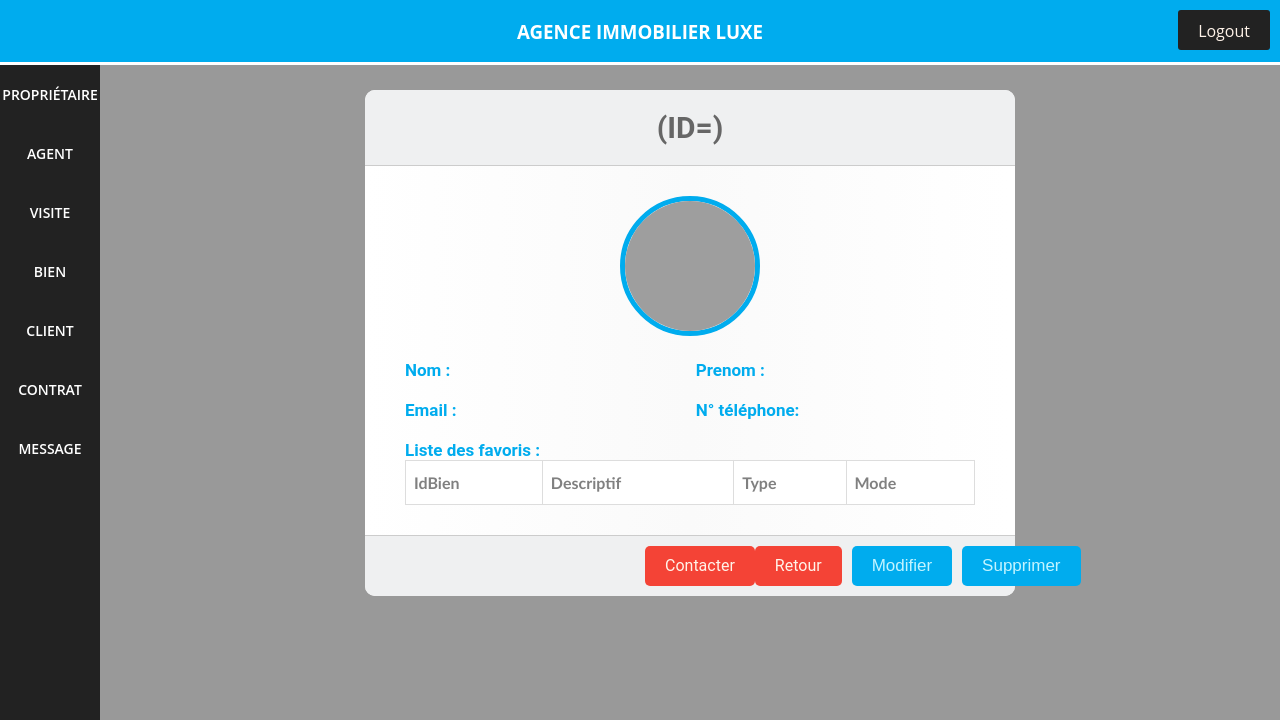
Repository: hassen-mnejja/Real_Estate_Agency_Website
Page: http://localhost/backoffice/WEB-INF/clientdescriptif.jsp
An editor plug-in stored every save of this project. The page is shown before and after the next save, followed by the edit.
The browser window is 1280 px wide. The pictures show the whole page.
Pictures or frames that could not be fetched are drawn as grey boxes. Some icons come from a web library that is not loaded, so they are not drawn. The page is served by Tomcat 9. Nobody is signed in. The template is opened directly, without the code that normally fills it, so the values that code supplies are empty.

Above is the page before, as saved 2020-06-24 15:50:01.

After the next save:
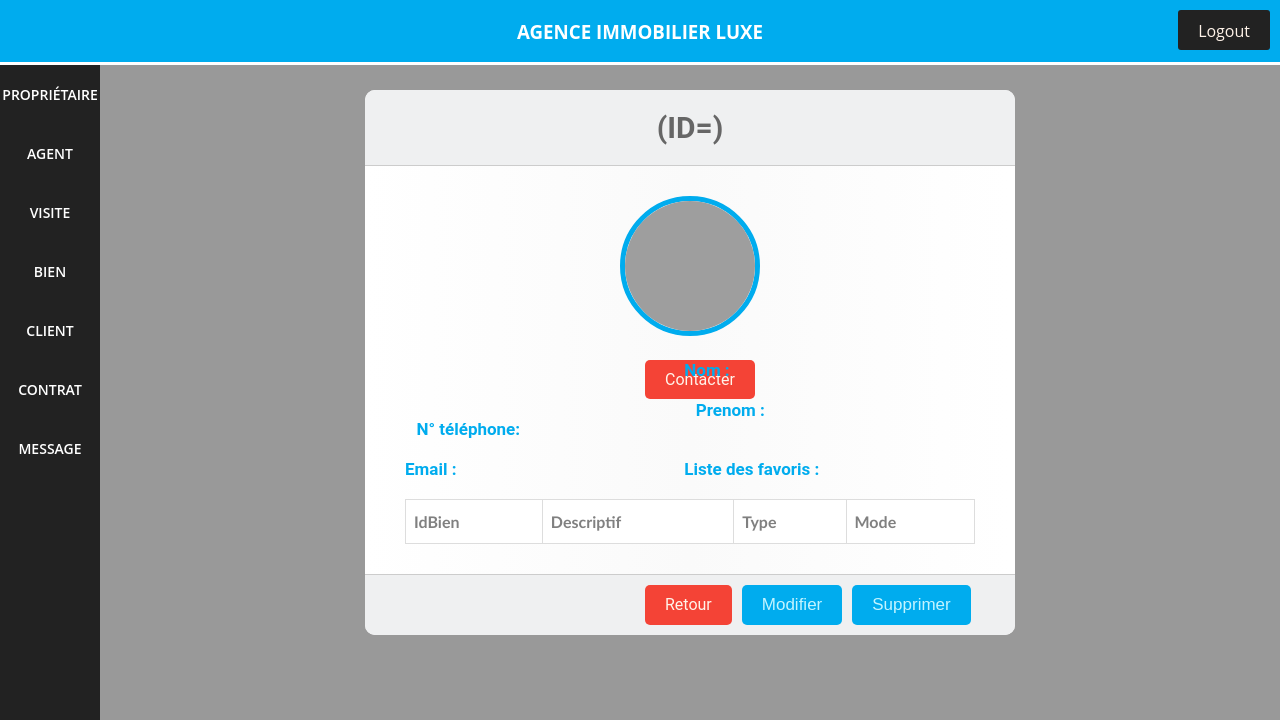
Saved 75 s later.
--- a/backoffice/WebContent/WEB-INF/clientdescriptif.jsp
+++ b/backoffice/WebContent/WEB-INF/clientdescriptif.jsp
@@ -45,7 +45,11 @@
 			<div class="form-body">
 
 				<img src="../Images/Client/${client.idClient}/${client.idClient}-1.jpg" alt="Pas de photo" class="profile">
-
+				<div class="horizontal-group">
+				<div class="form-group left">
+					<span style="margin-left: 240px" id="espace"></span> <a href="/backoffice/prive/conversation?identifiant=${client.idClient}">Contacter</a>
+				</div>
+				</div>
 				<!-- Nom et Prenom -->
 				<div class="horizontal-group">
 					<div class="form-group left">
@@ -104,8 +108,7 @@
 			<!-- form-footer -->
 			<div class="form-footer">
 				<div style="justify-content: left; display: flex;">
-					<span style="margin-left: 240px" id="espace"></span> <a href="/backoffice/prive/conversation?identifiant=${client.idClient}">Contacter</a>
-					<span  id="espace"></span> <a href="/backoffice/prive/chercherclient">Retour</a>
+					<span style="margin-left: 240px" id="espace"></span> <a href="/backoffice/prive/chercherclient">Retour</a>
 					<button type="submit" class="btn" style="display: none; margin: 0 10px;" id="enreg">Enregistrer</button>
 					<button type="button" onclick="fonction1()" class="btn" style="display: block; margin: 0 10px;" id="mod">Modifier</button>
 					<button type="button" onclick="fonction2()" class="btn">Supprimer</button>
